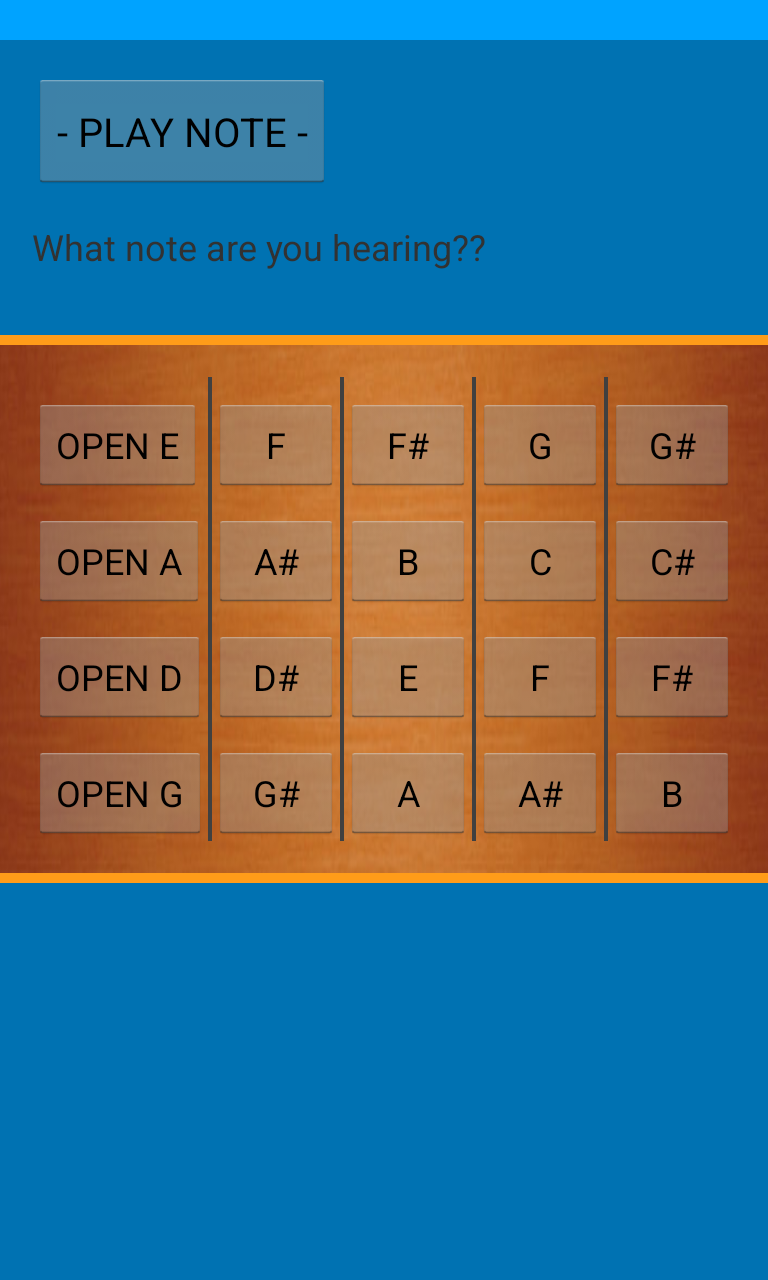
Repository: elliott-ribner/android-guitar-trainer
Layout: randomnotegenerator/res/layout/activity_main.xml
An editor plug-in stored every save of this project. The layout is shown before and after the next save, followed by the edit.
It is drawn on a 768 x 1280 px phone screen (xhdpi) without system bars, with theme AppTheme; the app's code is not run.

Above is the layout before, as saved 2014-06-09 01:16:08.

After the next save:
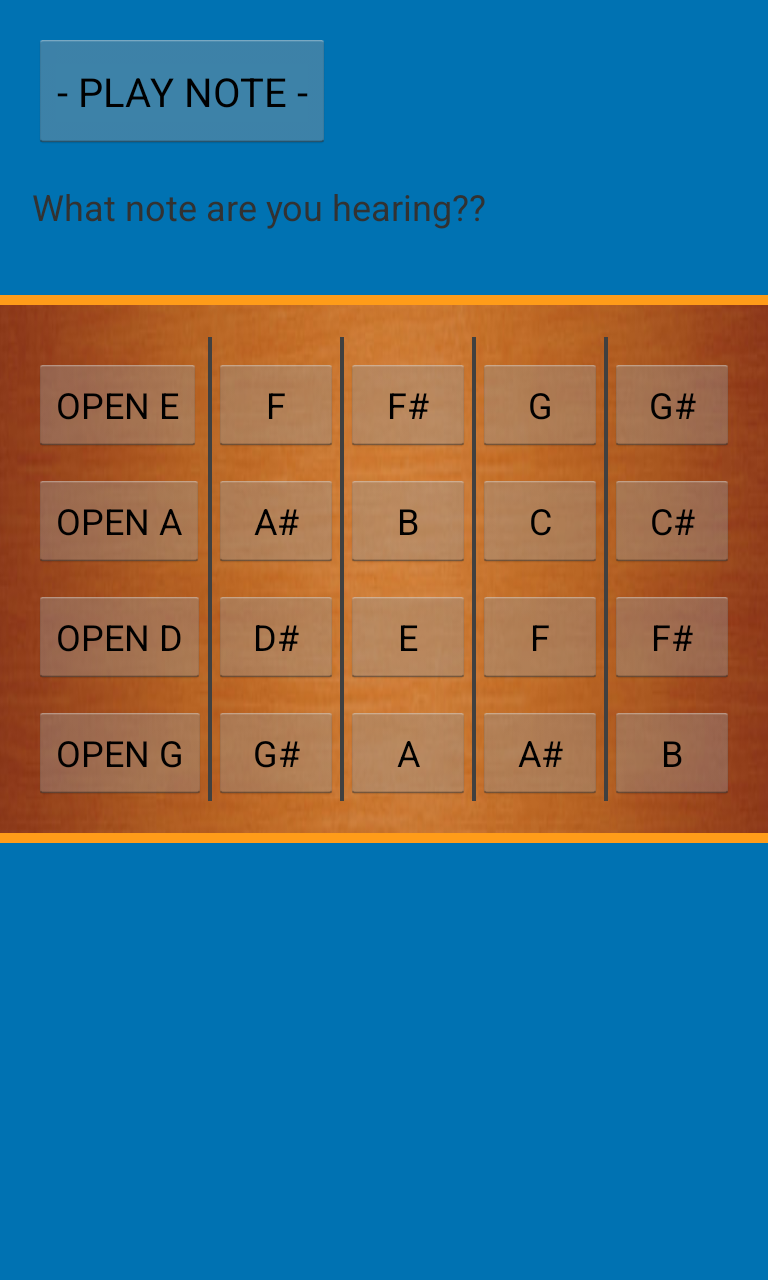
Saved 10 min 14 s later.
--- a/randomnotegenerator/res/layout/activity_main.xml
+++ b/randomnotegenerator/res/layout/activity_main.xml
@@ -6,15 +6,26 @@
     android:orientation="vertical"
     tools:context="com.elliott.randomnotegenerator.MainActivity$PlaceholderFragment" >
 
+
     <LinearLayout
         android:layout_width="fill_parent"
-        android:layout_height="20dip"
+        android:layout_height="wrap_contents"
         android:background="#00A3FF"
 
         android:paddingBottom="@dimen/activity_vertical_margin"
         android:paddingLeft="@dimen/activity_horizontal_margin"
         android:paddingRight="@dimen/activity_horizontal_margin"
+        android:paddingTop="@dimen/activity_vertical_margin" >
+           <LinearLayout
+        android:layout_width="fill_parent"
+        android:layout_height="wrap_contents"
+        android:background="#00A3FF"
+
+        android:paddingBottom="@dimen/activity_vertical_margin"
+        android:paddingLeft="@dimen/activity_horizontal_margin"
+        android:paddingRight="@dimen/activity_horizontal_margin"
         android:paddingTop="@dimen/activity_vertical_margin" />
+        </LinearLayout>
     <LinearLayout
         android:layout_width="fill_parent"
         android:layout_height="wrap_content"
